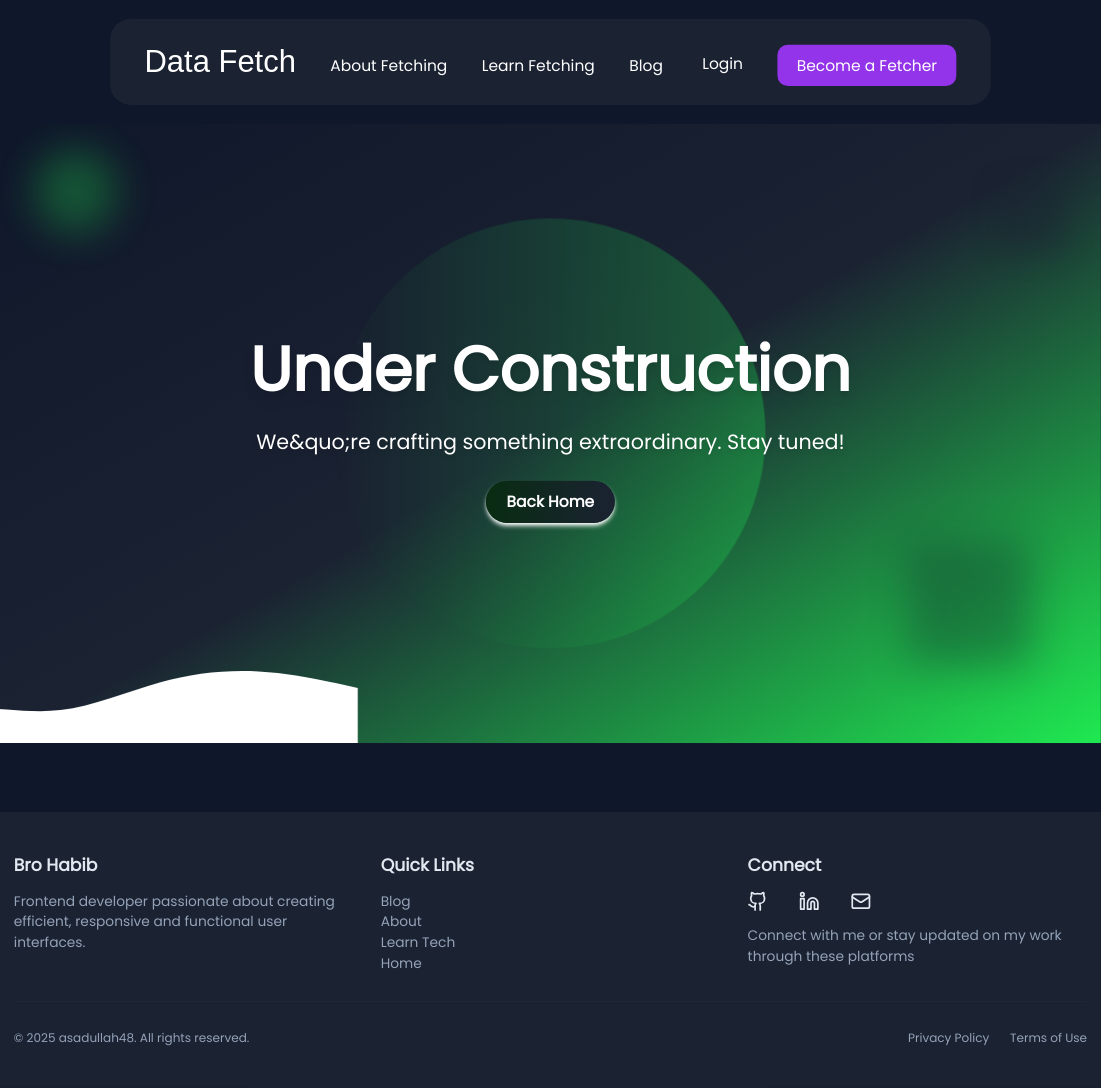
Repository: asadullah48/data-fetch
Page: /learnTech
An editor plug-in stored every save of this project. The page is shown before and after a run of saves, followed by the edit.
The browser window is 1280 px wide. The pictures show the whole page, at 86% of full size.
Some web fonts or font styles are not loaded; a fallback is used. The project was rebuilt for these pictures with package versions that can differ from the ones it lists, and the page was loaded fresh each time. The framework's server and built-in components were replaced by stand-ins that run in the browser. Also part of the build but not shown: next.config.mjs.

Above is the page before, as saved 2025-01-15 13:59:29.

### src/app/layout.tsx
import type { Metadata } from "next";
import localFont from "next/font/local";
import "./globals.css";
import Navbar from "@/components/Navbar";
import { Poppins } from "next/font/google"
import Footer from "@/components/Footer";


const poppins = Poppins({
  subsets: ['latin'],
  weight: '400'
})

const geistSans = localFont({
  src: "./fonts/GeistVF.woff",
  variable: "--font-geist-sans",
  weight: "100 900",
});
const geistMono = localFont({
  src: "./fonts/GeistMonoVF.woff",
  variable: "--font-geist-mono",
  weight: "100 900",
});

export const metadata: Metadata = {
  title: "Data Fetching",
  description: "Data Fetching in a CSR and SSR",
};

export default function RootLayout({
  children,
}: Readonly<{
  children: React.ReactNode;
}>) {
  return (
    <html lang="en">
      <body
        className={`${geistSans.variable} ${geistMono.variable} ${poppins.className} bg-[#0f172a] text-white antialiased overflow-x-hidden`}
      >
        <Navbar />
        {children}
        <Footer/>
      </body>
    </html>
  );
}

### src/app/learnTech/page.tsx
import Link from 'next/link'
import React from 'react'

export default function learnTechPage() {
  return (
    <div className="h-screen flex items-center justify-center bg-gradient-to-br from-[#0f172a] via-[#1b2232] to-[#1fe951] relative overflow-hidden">
            {/* Background Elements */}
            <div className="absolute inset-0 flex justify-center items-center">
                <div className="w-[500px] h-[500px] bg-gradient-to-r from-[#1b2232] to-[#1fe951] rounded-full opacity-20 animate-pulse"></div>
            </div>

            {/* Floating Animated Shapes */}
            <div className="absolute inset-0">
                <div className="absolute top-10 left-10 w-24 h-24 bg-[#1fe951] rounded-full blur-xl opacity-30 animate-float" />
                <div className="absolute bottom-20 right-20 w-36 h-36 bg-[#0f172a] rounded-lg blur-xl opacity-30 animate-float delay-2000" />
                <div className="absolute top-20 right-10 w-20 h-20 bg-[#1b2232] rounded-lg blur-lg opacity-40 animate-float delay-4000" />
            </div>

            {/* Main Content */}
            <div className="text-center relative z-10">
                <h1 className="text-5xl md:text-7xl font-extrabold text-white drop-shadow-lg animate-bounce">
                    Under Construction
                </h1>
                <p className="text-lg md:text-2xl text-white mt-4 drop-shadow-md">
                    We&quo;re crafting something extraordinary. Stay tuned!
                </p>

                {/* CTA Button */}
                <div className="mt-10">
                    <Link
                        href="/"
                        className="px-6 py-3 text-lg font-bold text-white bg-gradient-to-r from-[#082c11] to-[#1b2232] rounded-full shadow-white shadow-md transform transition hover:scale-105 hover:shadow-2xl focus:outline-none"
                    >
                        Back Home
                    </Link>
                </div>
            </div>

            {/* Animated SVG Waves */}
            <div className="absolute bottom-0 left-0 right-0 overflow-hidden leading-none">
                <svg
                    className="w-full h-32 text-white animate-wave"
                    xmlns="http://www.w3.org/2000/svg"
                    viewBox="0 0 1440 320"
                >
                    <path
                        fill="currentColor"
                        fillOpacity="1"
                        d="M0,288L48,272C96,256,192,224,288,218.7C384,213,480,235,576,224C672,213,768,171,864,144C960,117,1056,107,1152,112C1248,117,1344,139,1392,149.3L1440,160L1440,320L1392,320C1344,320,1248,320,1152,320C1056,320,960,320,864,320C768,320,672,320,576,320C480,320,384,320,288,320C192,320,96,320,48,320L0,320Z"
                    ></path>
                </svg>
            </div>
        </div>
  )
}

### src/app/globals.css
@tailwind base;
@tailwind components;
@tailwind utilities;

body {
  font-family: Arial, Helvetica, sans-serif;
}

@layer utilities {
  .text-balance {
    text-wrap: balance;
  }
}

@layer base {
  :root {
    --background: 0 0% 100%;
    --foreground: 20 14.3% 4.1%;
    --card: 0 0% 100%;
    --card-foreground: 20 14.3% 4.1%;
    --popover: 0 0% 100%;
    --popover-foreground: 20 14.3% 4.1%;
    --primary: 24 9.8% 10%;
    --primary-foreground: 60 9.1% 97.8%;
    --secondary: 60 4.8% 95.9%;
    --secondary-foreground: 24 9.8% 10%;
    --muted: 60 4.8% 95.9%;
    --muted-foreground: 25 5.3% 44.7%;
    --accent: 60 4.8% 95.9%;
    --accent-foreground: 24 9.8% 10%;
    --destructive: 0 84.2% 60.2%;
    --destructive-foreground: 60 9.1% 97.8%;
    --border: 20 5.9% 90%;
    --input: 20 5.9% 90%;
    --ring: 20 14.3% 4.1%;
    --chart-1: 12 76% 61%;
    --chart-2: 173 58% 39%;
    --chart-3: 197 37% 24%;
    --chart-4: 43 74% 66%;
    --chart-5: 27 87% 67%;
    --radius: 0.5rem;
  }
  .dark {
    --background: 20 14.3% 4.1%;
    --foreground: 60 9.1% 97.8%;
    --card: 20 14.3% 4.1%;
    --card-foreground: 60 9.1% 97.8%;
    --popover: 20 14.3% 4.1%;
    --popover-foreground: 60 9.1% 97.8%;
    --primary: 60 9.1% 97.8%;
    --primary-foreground: 24 9.8% 10%;
    --secondary: 12 6.5% 15.1%;
    --secondary-foreground: 60 9.1% 97.8%;
    --muted: 12 6.5% 15.1%;
    --muted-foreground: 24 5.4% 63.9%;
    --accent: 12 6.5% 15.1%;
    --accent-foreground: 60 9.1% 97.8%;
    --destructive: 0 62.8% 30.6%;
    --destructive-foreground: 60 9.1% 97.8%;
    --border: 12 6.5% 15.1%;
    --input: 12 6.5% 15.1%;
    --ring: 24 5.7% 82.9%;
    --chart-1: 220 70% 50%;
    --chart-2: 160 60% 45%;
    --chart-3: 30 80% 55%;
    --chart-4: 280 65% 60%;
    --chart-5: 340 75% 55%;
  }
}

@layer base {
  * {
    @apply border-border;
  }
  body {
    @apply bg-background text-foreground;
  }
}

### src/components/Navbar.tsx
"use client"
import { useState } from 'react';
import { Agbalumo } from "next/font/google"
import Link from "next/link"

const agbalumo = Agbalumo({
    subsets: ['latin'],
    weight: '400'
})


export default function Navbar() {
    const [isMenuOpen, setIsMenuOpen] = useState(false);

    const toggleMenu = () => setIsMenuOpen(!isMenuOpen);

    return (
        <div className="h-[144px] w-screen flex justify-center items-center">
            <div className="h-[100px] w-full relative md:w-[80%] md:rounded-3xl bg-[#1b2232] text-white flex justify-between items-center px-10">
                {/* Logo and Links */}
                <div className="flex justify-center items-center gap-10">
                <Link href={"/"}>
                    <h1 className={`${agbalumo.className} text-4xl`}>Data Fetch</h1>
                </Link>

                    <div className="hidden lg:flex gap-10">
                        <Link href={"/about"} className="text-lg mt-2">About Fetching</Link>
                        <Link href={"/learnTech"} className="text-lg mt-2">Learn Fetching</Link>
                        <Link href={"/blog"} className="text-lg mt-2">Blog</Link>
                    </div>
                </div>

                {/* Navbar Buttons */}
                <div className="hidden md:flex gap-10">
                    <Link href={"/login"} className="text-lg mt-4">Login</Link>
                    <Link href={"/signup"} className="text-lg mt-2 h-12 bg-PrimaryPurple flex justify-center items-center w-52 rounded-xl">Become a Fetcher</Link>
                </div>

                {/* Hamburger Menu for Mobile */}
                <div className="lg:hidden flex items-center gap-4">
                    {/* <h1 className="font-bold text-4xl">Data Fetch</h1> */}
                    <button onClick={toggleMenu} className="text-white text-2xl">
                        {/* Hamburger Icon */}
                        {isMenuOpen ? 'X' : '☰'}
                    </button>
                </div>
            </div>

            {/* Dropdown Menu for Mobile */}
            {isMenuOpen && (
                <div className='z-50 h-screen fixed top-1/4 w-full flex justify-center items-center bg-[#1b2232]/70 backdrop-blur-md '>
                <div className=" lg:hidden  text-white  text-center py-4 flex flex-col justify-center items-start gap-5">
                    <Link href={"/about"} onClick={()=> setIsMenuOpen(false)} className="block text-lg mt-2">About Fetching</Link>
                    <Link href={"/learnTech"} onClick={()=> setIsMenuOpen(false)} className="block text-lg mt-2">Learn fetching</Link>
                    <Link href={"/blog"} onClick={()=> setIsMenuOpen(false)} className="block text-lg mt-2">Blog</Link>
                    <Link href={"/login"} onClick={()=> setIsMenuOpen(false)} className="block text-lg mt-2">Login</Link>
                    <Link href={"/signup"} onClick={()=> setIsMenuOpen(false)} className=" text-lg mt-2 h-12 bg-PrimaryPurple flex justify-start pl-2 items-center w-52 rounded-xl">Become a Techie</Link>
                </div>
                </div>
            )}
        </div>
    )
}

### src/components/Footer.tsx
import React from 'react'
import { Github,  Linkedin, Mail } from 'lucide-react';
import Link from 'next/link';
export default function Footer() {
  const currentYear = new Date().getFullYear();

  return (
    <div className="bg-[#1b2232] mt-20 text-slate-200 py-12 ">
      <div className="container mx-auto px-4">
        {/* Main Footer Content */}
        <div className="grid grid-cols-1 md:grid-cols-3 gap-8 mb-8">
          {/* About Section */}
          <div>
            <h3 className="text-xl font-semibold mb-4">Bro Habib</h3>
            <p className="text-slate-400 mb-4">
              Frontend developer passionate about creating efficient, responsive and functional user interfaces.
            </p>
          </div>

          {/* Quick Links */}
          <div>
            <h3 className="text-xl font-semibold mb-4">Quick Links</h3>
            <ul className="space-y-2 text-slate-400">
              <Link href="/blog" className="hover:text-slate-200 transition-colors"><li>Blog</li>
              </Link>
              <Link href="/about" className="hover:text-slate-200 transition-colors"><li>About</li>
              </Link>
              <Link href="/learnTech" className="hover:text-slate-200 transition-colors"><li>Learn Tech</li>
              </Link>
              <Link href="/" className="hover:text-slate-200 transition-colors"><li>Home</li>
              </Link>
            </ul>
          </div>

          {/* Connect Section */}
          <div>
            <h3 className="text-xl font-semibold mb-4">Connect</h3>
            <div className="flex space-x-4 mb-4 gap-5">
              <Link href="https://github.com/asadullah48/data-fetch" className="hover:text-slate-200 transition-colors">
                <Github size={24} />
              </Link>

              <Link href="https://www.linkedin.com/in/asadullah-shafique-a00679325/" className="hover:text-slate-200 transition-colors">
                <Linkedin size={24} />
              </Link>

              <Link href="mailto:asadullahshafique@hotmail.com" className="hover:text-slate-200 transition-colors">
                <Mail size={24} />
              </Link>

            </div>
            <p className="text-slate-400">
            Connect with me or stay updated on my work through these platforms
            </p>
          </div>
        </div>

        {/* Bottom Bar */}
        <div className="pt-8 border-t border-slate-800">
          <div className="flex flex-col md:flex-row justify-between items-center space-y-4 md:space-y-0">
            <p className="text-slate-400 text-sm">
              © {currentYear} asadullah48. All rights reserved.
            </p>
            <div className="flex space-x-6 text-sm text-slate-400">
              <a href="/privacy" className="hover:text-slate-200 transition-colors">Privacy Policy</a>
              <a href="/terms" className="hover:text-slate-200 transition-colors">Terms of Use</a>
            </div>
          </div>
        </div>
      </div>
    </div>
  )
}

### tailwind.config.ts
import type { Config } from "tailwindcss";

const config: Config = {
	darkMode: ["class"],
	content: [
		"./src/pages/**/*.{js,ts,jsx,tsx,mdx}",
		"./src/components/**/*.{js,ts,jsx,tsx,mdx}",
		"./src/app/**/*.{js,ts,jsx,tsx,mdx}",
	],
	theme: {
		extend: {

			animation: {
				'spin-slow': 'spin 3s linear infinite',
				orbit: 'orbit 1.5s linear infinite',
				// dash: 'dash 2s ease-in-out infinite',
				float: 'float 6s ease-in-out infinite',
				wave: 'wave 8s linear infinite',
				bounce: 'bounce 2s infinite',
			},
			keyframes: {
				orbit: {
					'0%': { transform: 'rotate(0deg) translateX(30px) rotate(0deg)' },
					'100%': { transform: 'rotate(360deg) translateX(30px) rotate(-360deg)' },
				},
				dash: {
					'0%': { strokeDashoffset: '880px' },
					'100%': { strokeDashoffset: '0px' },
				},
				float: {
					'0%, 100%': { transform: 'translateY(-10px)' },
					'50%': { transform: 'translateY(10px)' },
				  },
				  wave: {
					'0%': { transform: 'translateX(100%)' },
					'100%': { transform: 'translateX(-100%)' },
				  },
			},
			colors: {
				background: 'hsl(var(--background))',
				PrimaryPurple: '#9333EA',
				foreground: 'hsl(var(--foreground))',
				card: {
					DEFAULT: 'hsl(var(--card))',
					foreground: 'hsl(var(--card-foreground))'
				},
				popover: {
					DEFAULT: 'hsl(var(--popover))',
					foreground: 'hsl(var(--popover-foreground))'
				},
				primary: {
					DEFAULT: 'hsl(var(--primary))',
					foreground: 'hsl(var(--primary-foreground))'
				},
				secondary: {
					DEFAULT: 'hsl(var(--secondary))',
					foreground: 'hsl(var(--secondary-foreground))'
				},
				muted: {
					DEFAULT: 'hsl(var(--muted))',
					foreground: 'hsl(var(--muted-foreground))'
				},
				accent: {
					DEFAULT: 'hsl(var(--accent))',
					foreground: 'hsl(var(--accent-foreground))'
				},
				destructive: {
					DEFAULT: 'hsl(var(--destructive))',
					foreground: 'hsl(var(--destructive-foreground))'
				},
				border: 'hsl(var(--border))',
				input: 'hsl(var(--input))',
				ring: 'hsl(var(--ring))',
				chart: {
					'1': 'hsl(var(--chart-1))',
					'2': 'hsl(var(--chart-2))',
					'3': 'hsl(var(--chart-3))',
					'4': 'hsl(var(--chart-4))',
					'5': 'hsl(var(--chart-5))'
				}
			},
			borderRadius: {
				lg: 'var(--radius)',
				md: 'calc(var(--radius) - 2px)',
				sm: 'calc(var(--radius) - 4px)'
			}
		}
	},
	plugins: [require("tailwindcss-animate")],
};
export default config;

After the next 3 saves:
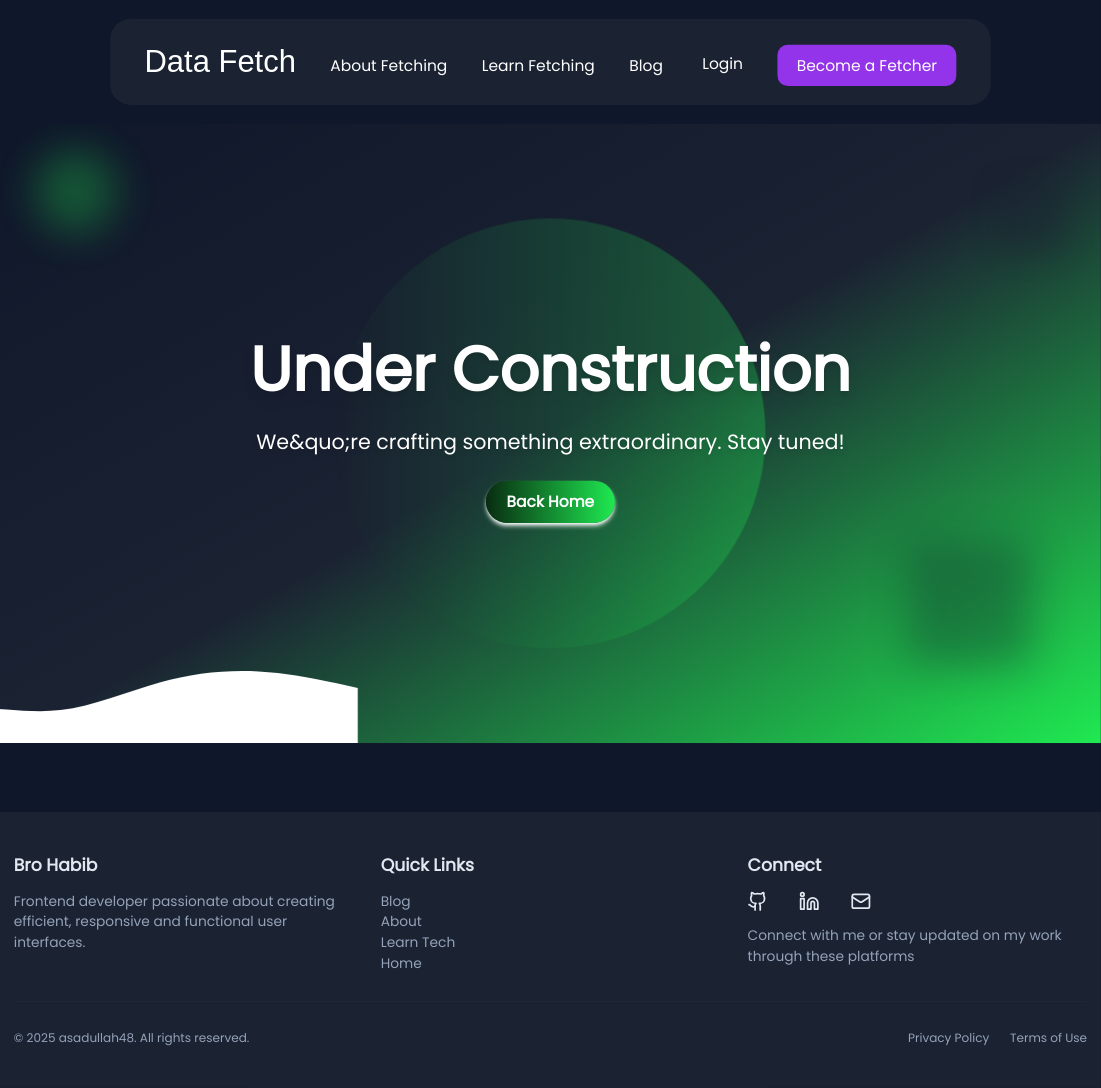
The 3 saves are shown as one change because they came seconds apart.
The last was saved 20 s later.
--- a/src/app/learnTech/page.tsx
+++ b/src/app/learnTech/page.tsx
@@ -29,7 +29,7 @@ export default function learnTechPage() {
                 <div className="mt-10">
                     <Link
                         href="/"
-                        className="px-6 py-3 text-lg font-bold text-white bg-gradient-to-r from-[#082c11] to-[#1b2232] rounded-full shadow-white shadow-md transform transition hover:scale-105 hover:shadow-2xl focus:outline-none"
+                        className="px-6 py-3 text-lg font-bold text-white bg-gradient-to-r from-[#082c11] to-[#1fe951] rounded-full shadow-white shadow-md transform transition hover:scale-105 hover:shadow-2xl focus:outline-none"
                     >
                         Back Home
                     </Link>
